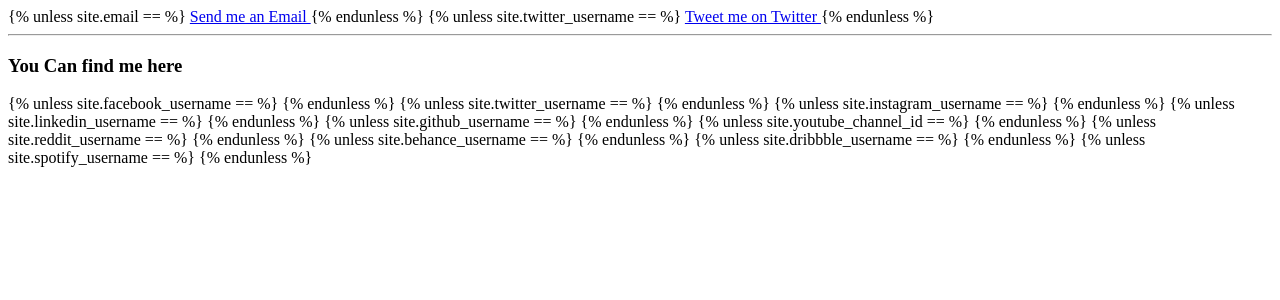
Repository: suprimregmi/suprimregmi.github.io
Page: _includes/contact.html
The author's editor kept a copy of each file at every save. The page is drawn from the files as they stood at one save, then again after the next save.
The browser window is 1280 px wide. The pictures show the whole page.

Above is the page before, as saved 2023-11-29 14:45:25.

After the next save:
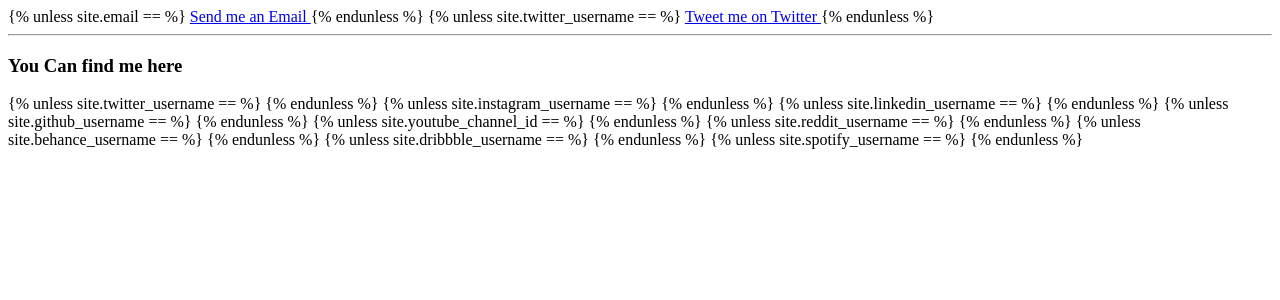
Saved 32 s later.
--- a/_includes/contact.html
+++ b/_includes/contact.html
@@ -27,9 +27,9 @@
                 You Can find me here
             </h3>
             <div class="column is-full is-size-3">
-                {% unless site.facebook_username == %}
+                <!-- {% unless site.facebook_username == %}
                 <a href="http://www.facebook.com/{{site.facebook_username}}" target="_blank" class="has-text-black"><i class="fab fa-facebook"></i></a>
-                {% endunless %}
+                {% endunless %} -->
                 {% unless site.twitter_username == %}
                 <a href="https://twitter.com/intent/user?screen_name={{site.twitter_username}}" target="_blank" class="has-text-black"><i class="fab fa-twitter"></i></a>
                 {% endunless %}
